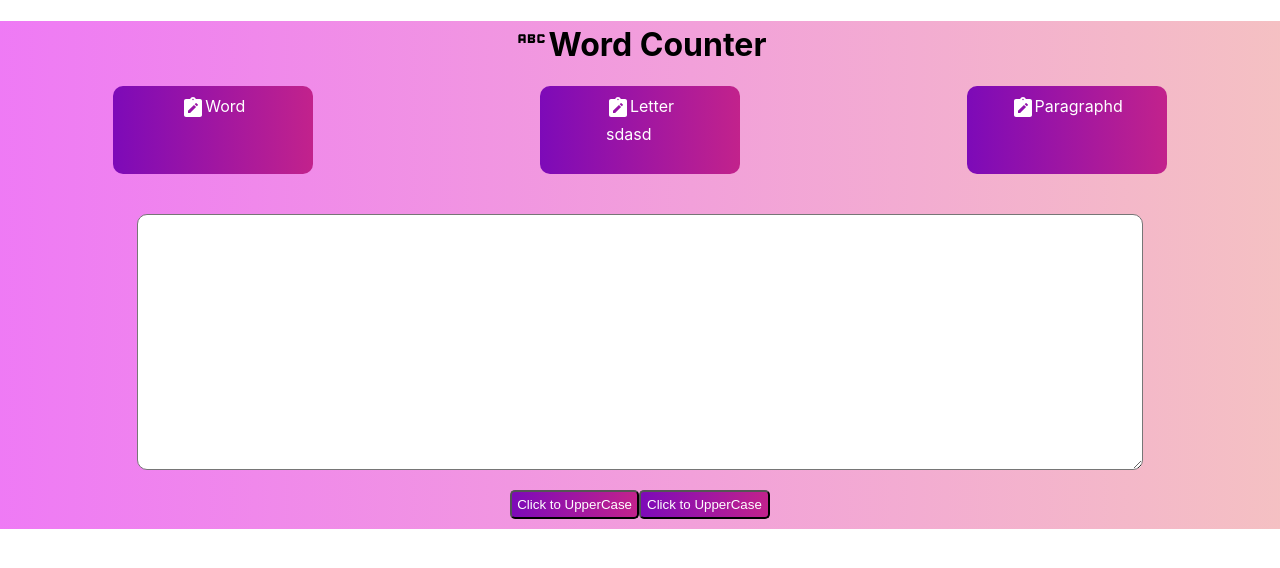
Repository: 123cuongcao/nopbai-basic
Page: /
The author's editor kept a copy of each file at every save. The page is drawn from the files as they stood at one save, then again after the next save.
The browser window is 1280 px wide. The pictures show the whole page.
The project was rebuilt for these pictures with package versions that can differ from the ones it lists, and the page was loaded fresh each time. Also part of the build but not shown: src/components/views/box.jsx, src/components/views/textarea.jsx.

Above is the page before, as saved 2023-08-15 12:29:17.

After the next save:
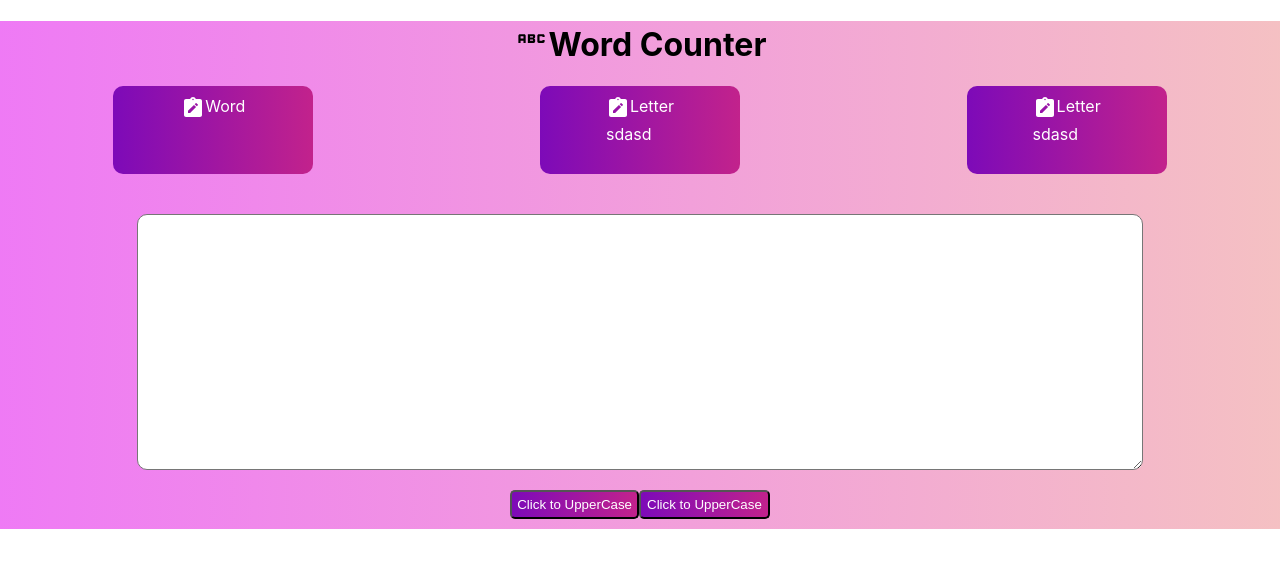
Saved 18 s later.
--- a/src/components/index.jsx
+++ b/src/components/index.jsx
@@ -91,15 +91,15 @@ export default function Index() {
             borderRadius: "10px",
           }}
         >
-          <div style={{ display: "flex", padding: "10px 30px 30px 30px", flexDirection:'column' }}>
-            <div style={{display:'flex'}}>
-            <span>
+          <div style={{ display: "flex", padding: "10px 30px 30px 30px" , flexDirection:'column'}}>
+          <div style={{display:'flex'}}>
+                <span>
               <NoteAltIcon />
-            </span>
-            <span>Paragraph</span>
-            <div>d</div>
+                </span>
+            <span>Letter</span>
             </div>
 
+                <div>sdasd  </div>
           </div>
         </div>
       </div>
